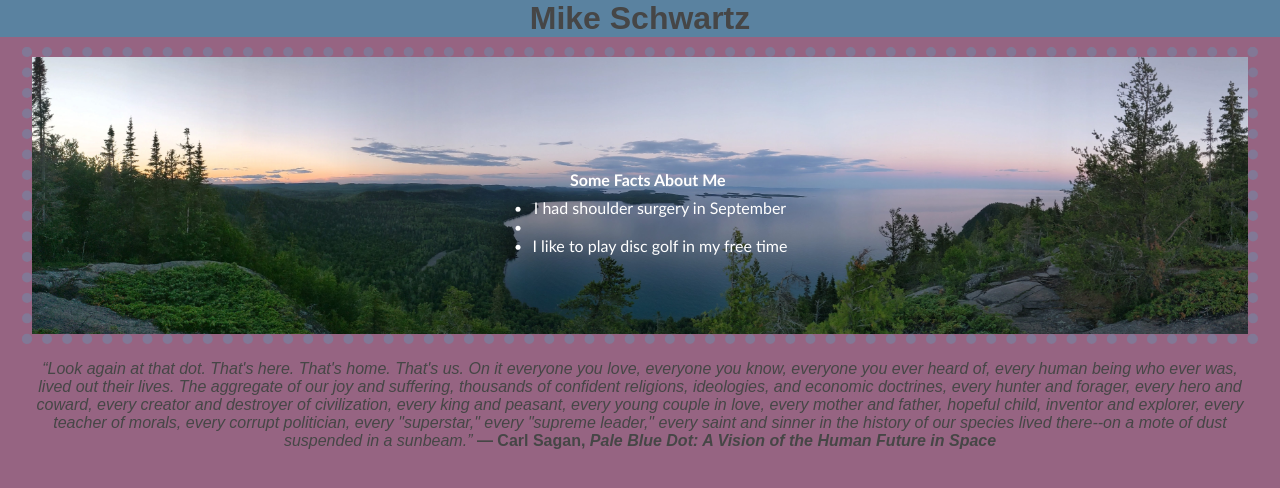
Repository: Ellusionism/prime-pw-week-1-assignment
Page: assignment/index.html
The author's editor kept a copy of each file at every save. The page is drawn from the files as they stood at one save, then again after a run of saves.
The browser window is 1280 px wide. The pictures show the whole page.

Above is the page before, as saved 2022-10-26 16:32:42.

After the next 2 saves:
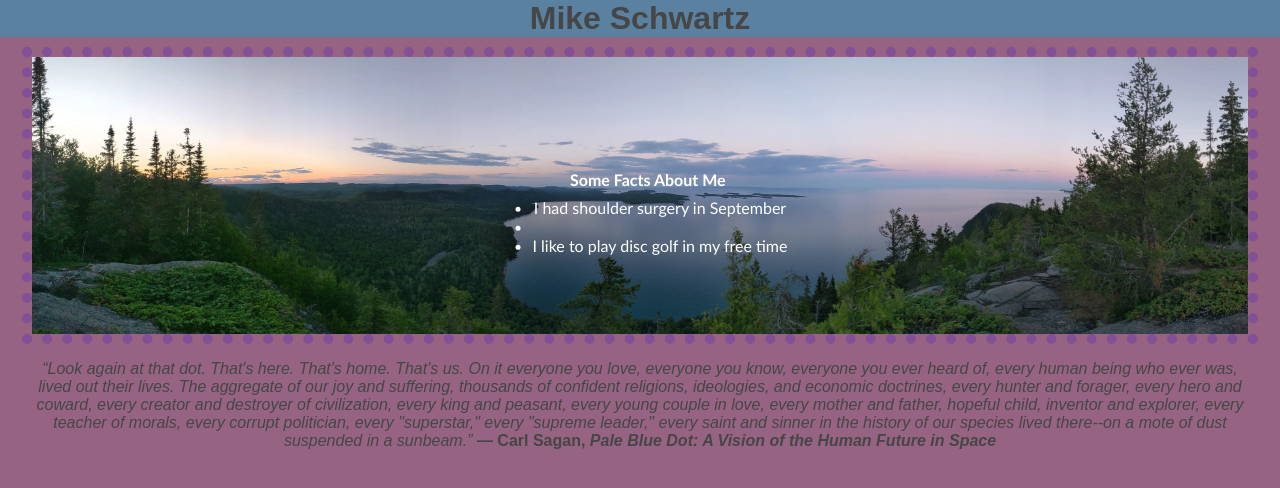
The 2 saves are shown as one change because they came seconds apart.
The last was saved 6 s later.
--- a/assignment/style.css
+++ b/assignment/style.css
@@ -33,7 +33,7 @@ header {
 }
 /* Put a border around your image */
 .img {
- border: 10px dotted  rgb(130, 120, 150);
+ border: 10px dotted  rgb(130, 80, 150);
  padding: 0;
  display: block;
  margin: auto;
